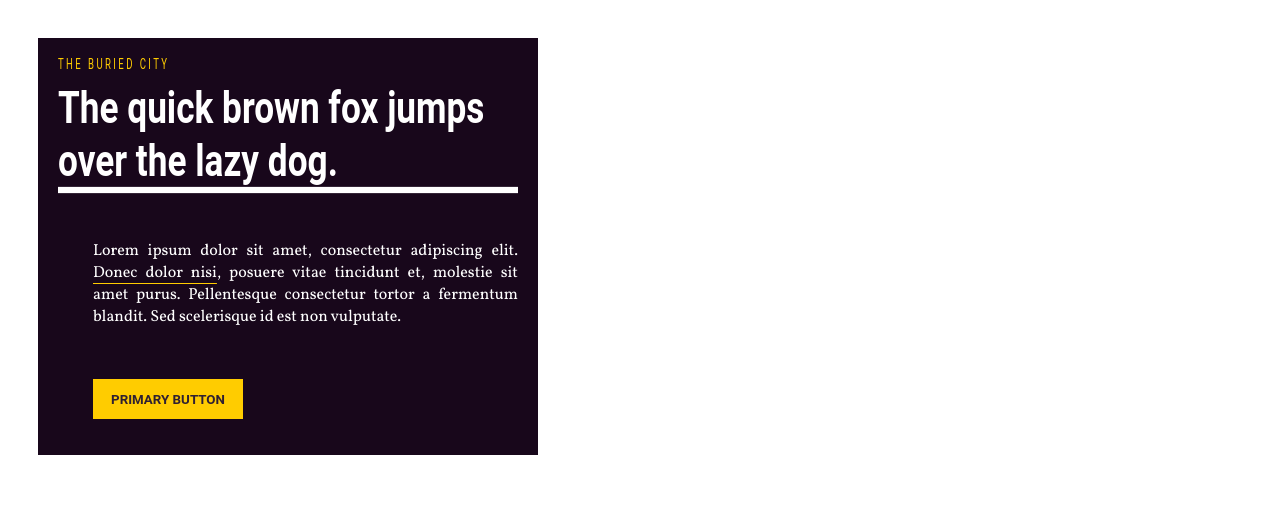
Repository: rafigabriel/TP2---Web-I
Page: ex03-css/index.html
These files come from the project's save history. The page is drawn as it stood at one moment and after the next save; the edit follows.
The browser window is 1280 px wide. The pictures show the whole page.

Above is the page before, as saved 2024-09-09 18:26:36.

### ex03-css/index.html
<!DOCTYPE html>
<html lang="pt-br">
    <head>
        <meta charset="UTF-8">
        <meta name="viewport" content="width=device-width, initial-scale=1.0">
        <title>Exercicio 3</title>
        <link rel="stylesheet" href="style.css">
        <link rel="preconnect" href="https://fonts.googleapis.com">
        <link rel="preconnect" href="https://fonts.gstatic.com" crossorigin>
        <link
            href="https://fonts.googleapis.com/css2?family=Roboto+Condensed:ital,wght@0,100..900;1,100..900&display=swap"
            rel="stylesheet">
        <link rel="preconnect" href="https://fonts.googleapis.com">
        <link rel="preconnect" href="https://fonts.gstatic.com" crossorigin>
        <link
            href="https://fonts.googleapis.com/css2?family=Vollkorn:ital,wght@0,400..900;1,400..900&display=swap"
            rel="stylesheet">

    </head>
    <body>
        <div id="container">
            <p id="secao">The buried city</p>
            <h1>The quick brown fox jumps over the lazy dog.</h1>
            <p>Lorem ipsum dolor sit amet, consectetur adipiscing elit. <a
                    id="link"
                    href="#">Donec dolor nisi</a>, posuere vitae tincidunt et,
                molestie sit amet purus. Pellentesque consectetur tortor a
                fermentum
                blandit. Sed scelerisque id est non vulputate.</p>
            <p>
                <button>Primary button</button>
            </p>

        </div>

    </body>
</html>

### ex03-css/style.css
body{
    width: 500px;
    color: #231900;
    padding: 30px;
}

#container{
    background-color: #18071B;
    padding: 20px;
}

h1{
    font-size: 2.2em;
    font-family: "Roboto", sans-serif;
    font-style: normal;
    font-weight: 700;
    color: white;
    pa
    margin-top: 40px;
    border-bottom: 5px solid white;
    transform: scale(1,1.25);
}
p{
    text-align: justify;
    padding: 35px;
    padding-right: 0;
    padding-bottom: 0;
    font-family: "Vollkorn", serif;
    font-weight: 400;
    font-style: normal;
    font-size: 1em;
    color: white;
}

#secao{
    padding: 0;
    font-family: "Roboto", sans-serif;
    font-style: normal;
    font-weight: 400;
    font-size: 0.6em;
    color: #FFCC00;
    letter-spacing: 0.25em;
    margin-top: auto;
    text-transform: uppercase;
    transform: scale(1,1.5);
}

#link{
    font-family: "Vollkorn", serif;
    font-weight: 400;
    color: white;
    text-decoration: underline;
    text-decoration-color: #FFCC00;
    text-decoration-thickness:1px ;
    text-underline-offset: 6px;
}

button{
    display: block;
    background-color: #FFCC00;
    color: #2F2032;
    width: 150px;
    height: 40px;
    border: none;
    font-weight: 700;
    margin-top: 0px;
    font-family: "Roboto", sans-serif;
    text-transform: uppercase;
    text-align: center;
    margin-bottom: 0px;
}

After the next save:
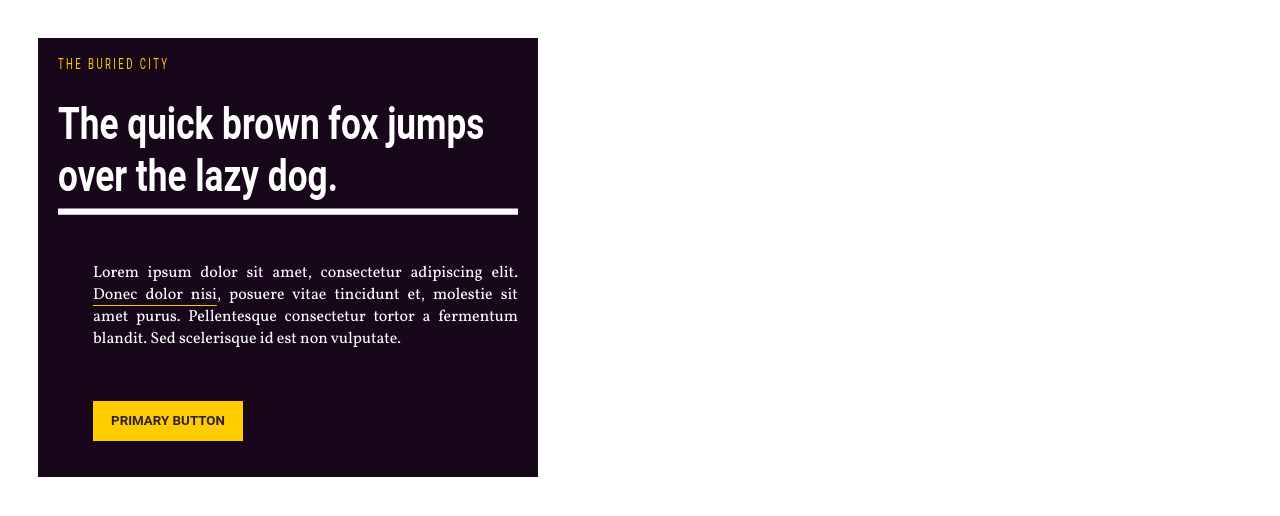
Saved 4 s later.
--- a/ex03-css/style.css
+++ b/ex03-css/style.css
@@ -15,7 +15,7 @@ h1{
     font-style: normal;
     font-weight: 700;
     color: white;
-    pa
+    padding-bottom: 5px;
     margin-top: 40px;
     border-bottom: 5px solid white;
     transform: scale(1,1.25);
